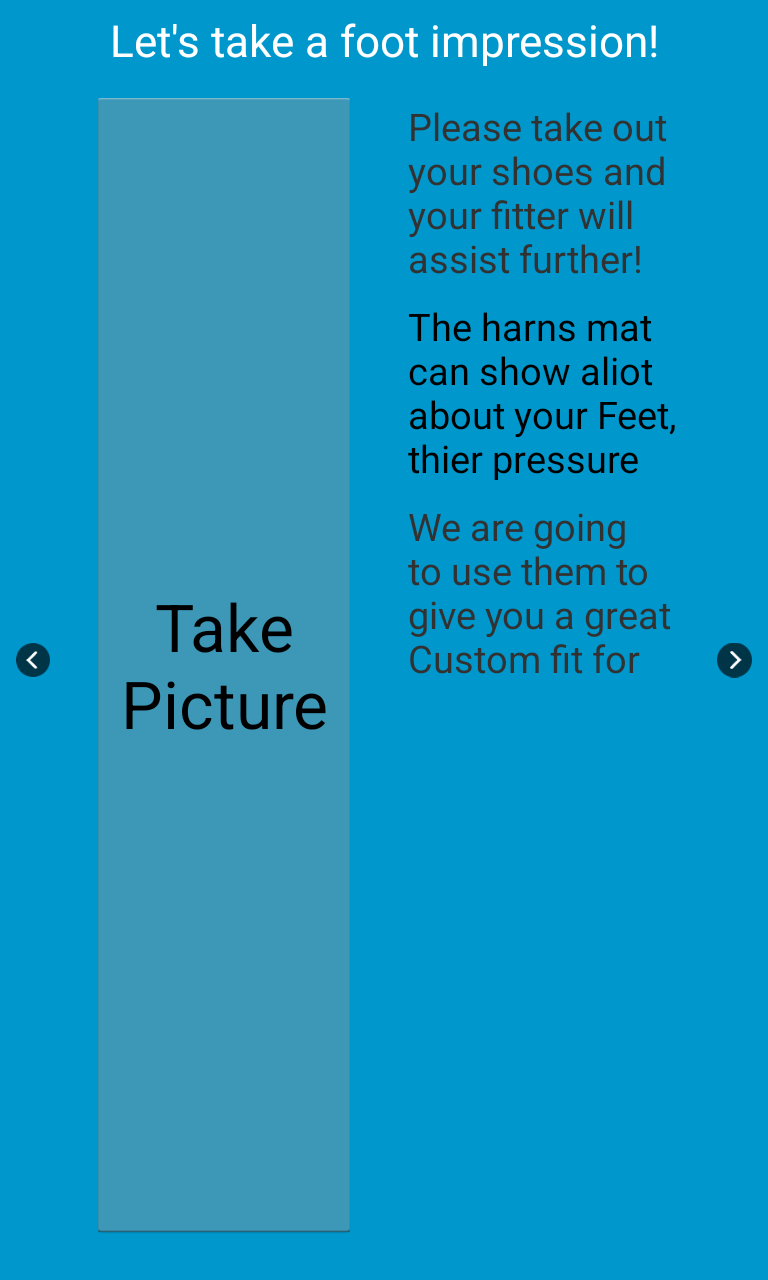
Repository: nanoweb12/GoodFeetAppNew
Layout: GoodFeetapp/res/layout/click_picture.xml
The author's editor kept a copy of each file at every save. The layout is drawn from the files as they stood at one save, then again after the next save.
It is drawn on a 768 x 1280 px phone screen (xhdpi) without system bars, with theme MyTheme; the app's code is not run.

Above is the layout before, as saved 2015-02-17 13:34:30.

After the next save:
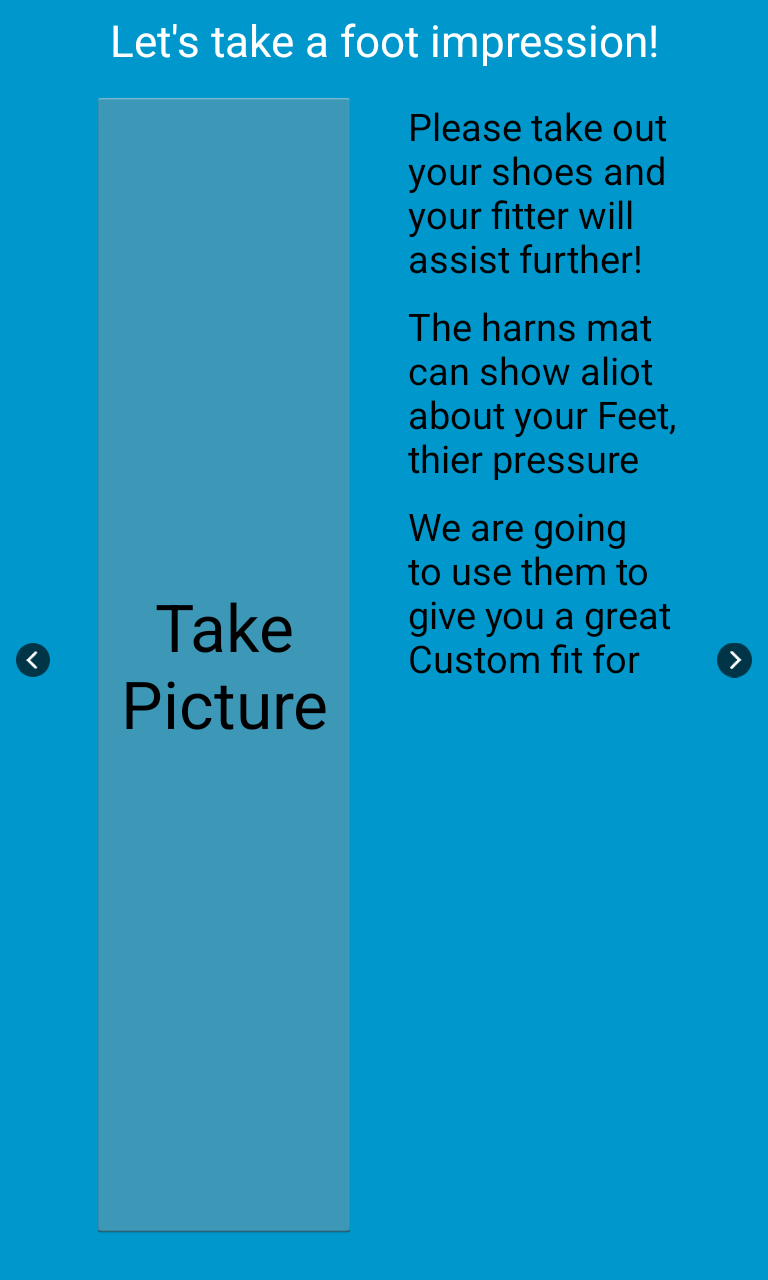
Saved 10 s later.
--- a/GoodFeetapp/res/layout/click_picture.xml
+++ b/GoodFeetapp/res/layout/click_picture.xml
@@ -77,6 +77,7 @@
                 android:layout_width="match_parent"
                 android:layout_height="90dp"
                 android:layout_marginTop="10dp"
+                android:textColor="#000000"
                 android:text="Please take out your shoes and your fitter will assist further!"
 
                 android:textSize="19sp" />
@@ -94,6 +95,7 @@
                 android:layout_width="match_parent"
                 android:layout_height="90dp"
                 android:layout_marginTop="10dp"
+                android:textColor="#000000"
                 android:text="We are going to use them to give you a great Custom fit for your specific size of arch!"
                 android:textSize="19sp"
                 />
